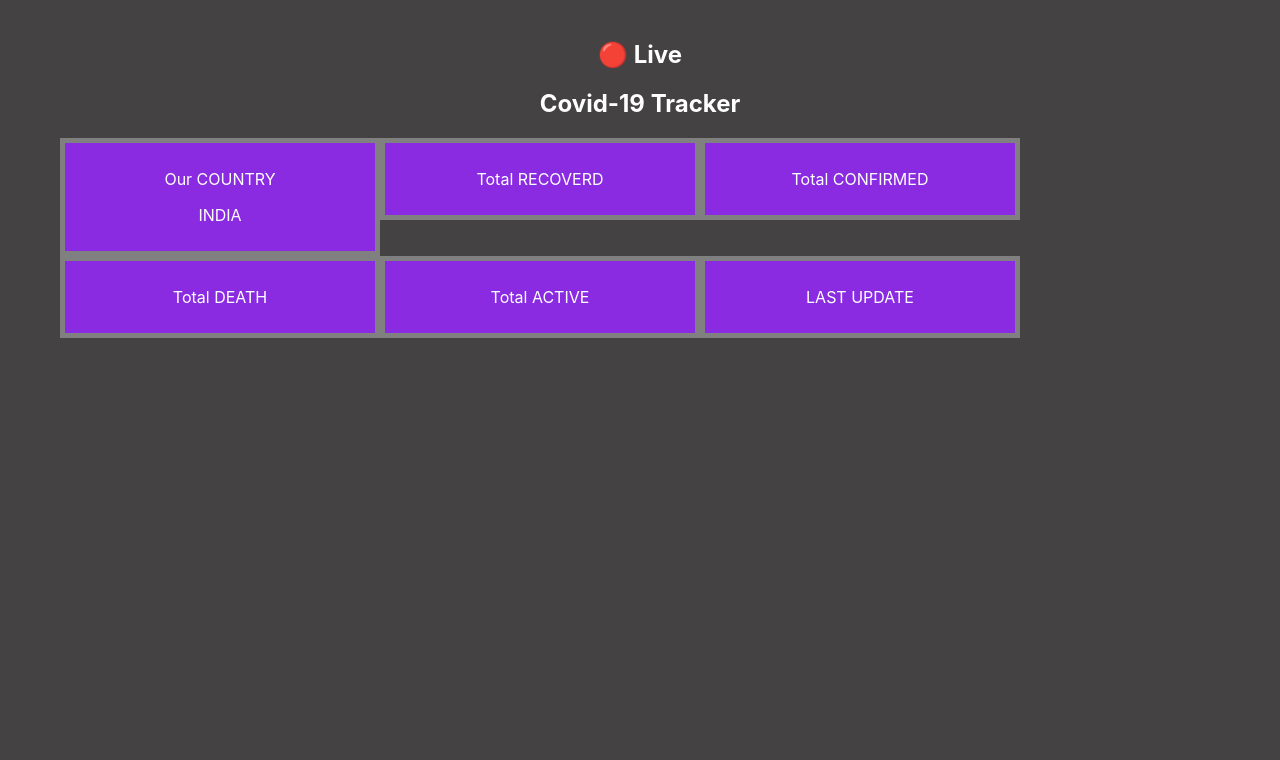
Repository: Aniketlamage/covid19-dashboard
Page: /
An editor plug-in stored every save of this project. The page is shown before and after the next save, followed by the edit.
The browser window is 1280 px wide. The pictures show the whole page.
The page's requests for data from a server got no answer. The project was rebuilt for these pictures with package versions that can differ from the ones it lists, and the page was loaded fresh each time. No one was signed in, and anything a server would have sent is missing.

Above is the page before, as saved 2021-09-30 15:08:15.

After the next save:
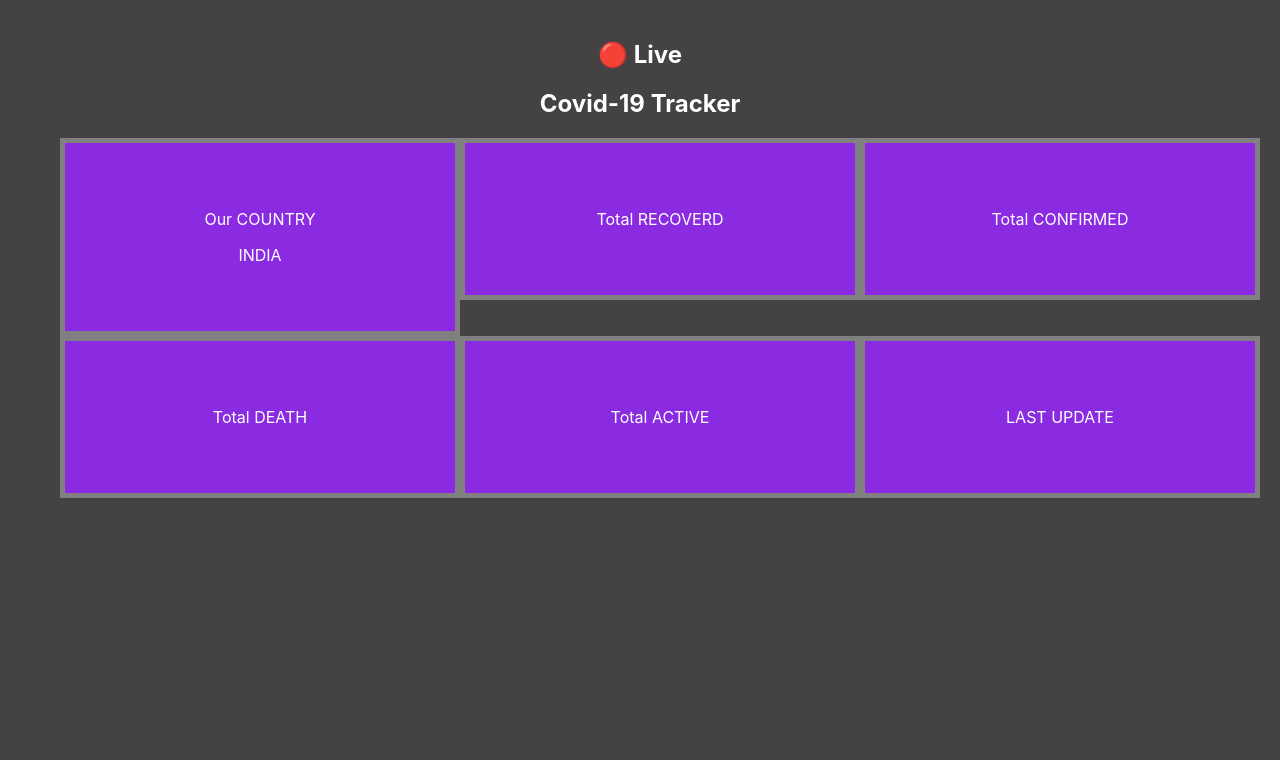
Saved 3 min 4 s later.
--- a/src/components/covid.css
+++ b/src/components/covid.css
@@ -21,8 +21,8 @@ ul{
 div.card__inner {
     background-color: blueviolet;
     width: 290px;
-    padding: 10px;
-    border: 5px solid gray;
+    padding: 50px;
+    border: 1px solid red;    border: 5px solid gray;
     margin: 0;
     align-items: center;
   }
